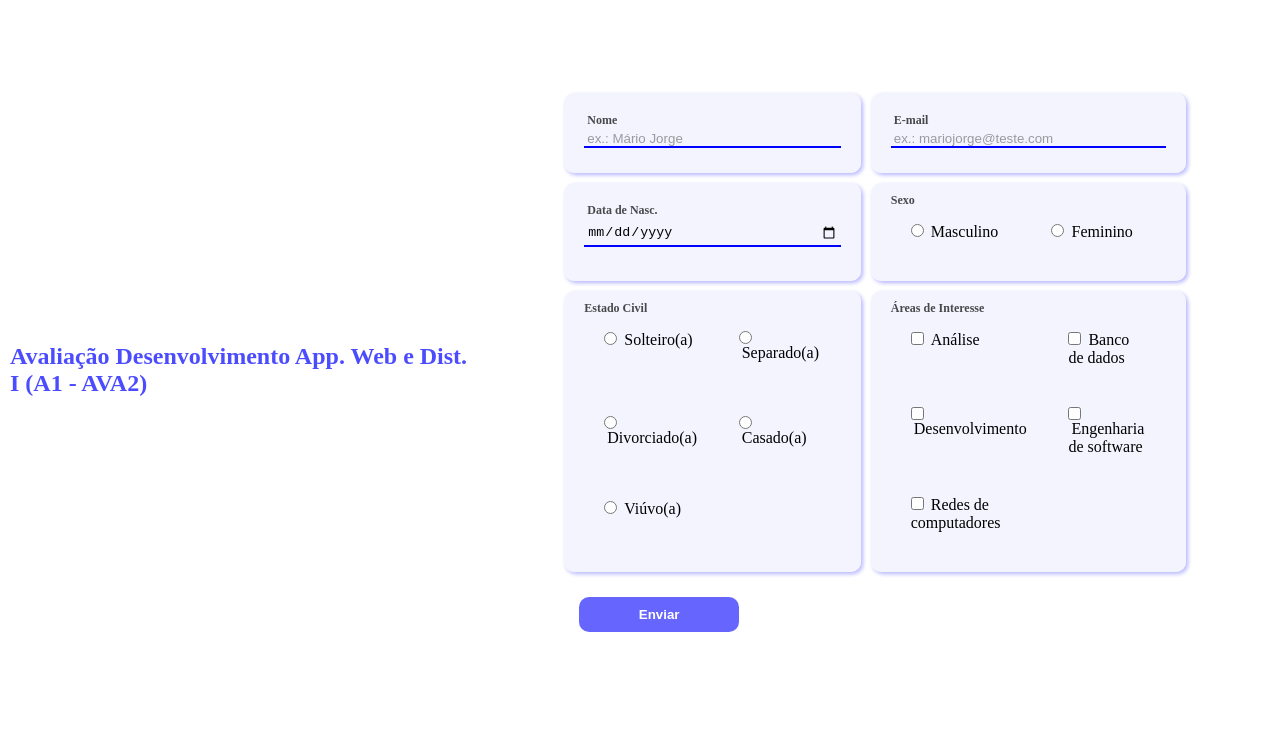
Repository: mjRibeiroTriscal/UVA_Projects
Page: Proj_A1_AVA2_2020_1/index.html
An editor plug-in stored every save of this project. The page is shown before and after the next save, followed by the edit.
The browser window is 1280 px wide. The pictures show the whole page.

Above is the page before, as saved 2020-03-13 15:01:06.

After the next save:
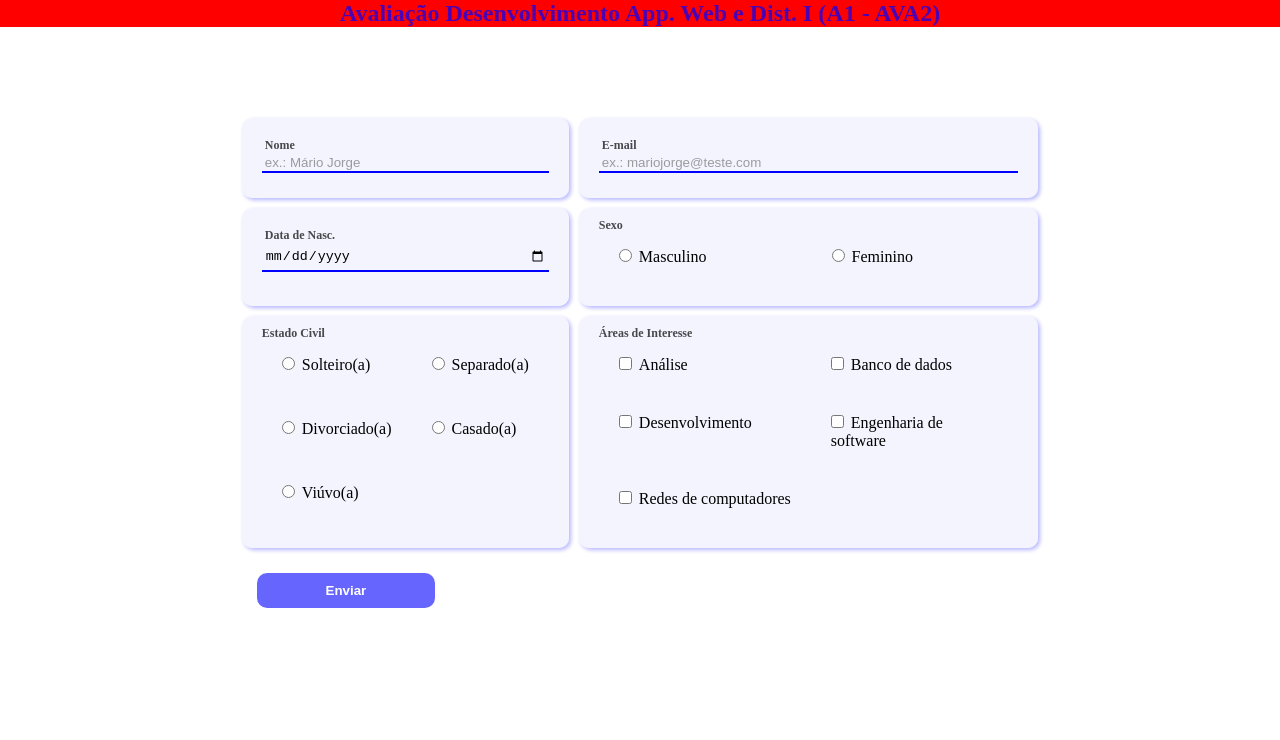
Saved 48 s later.
--- a/Proj_A1_AVA2_2020_1/style.css
+++ b/Proj_A1_AVA2_2020_1/style.css
@@ -21,6 +21,14 @@ body {
     align-items: center;
     justify-content: center;
     height: 100%;
+}
+
+header {
+    position: fixed;
+    top: 0px;
+    background-color: red;
+    width: 100%;
+    text-align: center;
 }
 
 header h2 {
